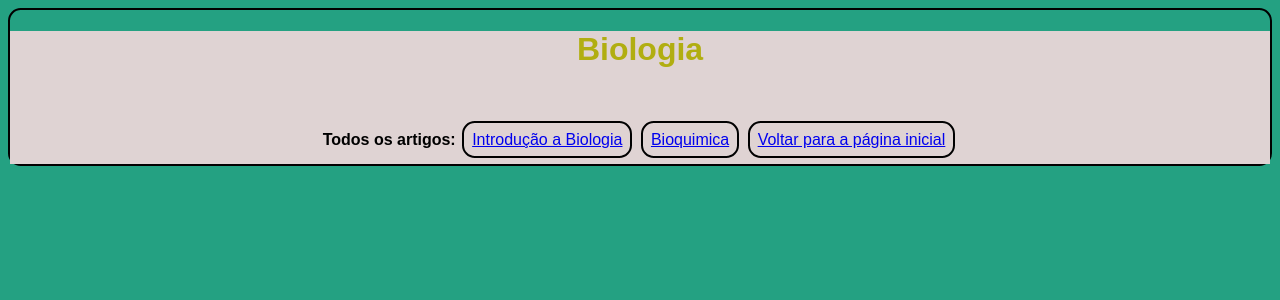
Repository: batmit/FutureFundation.github.io-1
Page: menu/articles/biologia/biologia.html
The author's editor kept a copy of each file at every save. The page is drawn from the files as they stood at one save, then again after the next save.
The browser window is 1280 px wide. The pictures show the whole page.

Above is the page before, as saved 2021-10-03 09:42:37.

### menu/articles/biologia/biologia.html
<!DOCTYPE html>
<html lang="pt-BR">
<head>
    <meta charset="UTF-8">
    <meta http-equiv="X-UA-Compatible" content="IE=edge">
    <meta name="viewport" content="width=device-width, initial-scale=1.0">
    <title>Biologia</title>
    <link rel="stylesheet" href="/menu/main.css">
</head>
<body>
    <div id="all">
        <header>
            <h1>Biologia</h1>
        </header>
        <strong>Todos os artigos: </strong>
        <a href="./introducao.html">Introdução a Biologia</a>
        <a href="./bioquimica.html">Bioquimica</a>

        <a href="/index.html">Voltar para a página inicial</a>
    </div>
</body>
</html>

### menu/main.css
body{

    text-align: center;

    border: black 2px solid;

    border-radius: 0.8rem;

    font-family: 'Ubuntu', arial;

    background-color: rgb(36, 161, 130);


}

#articles {
    gap: 3px;
}

#all{

    background-color: rgb(223, 211, 211);

}


#codigo{
    text-align:left;

}


img{
    text-align: center;
    justify-content: center;

}

p{
    font-size: 20px;
    font-family: 'Ubuntu', arial;
}

a{
    border: 2px solid black;

    border-radius: 0.8rem;

    box-sizing: border-box;

    padding: 0.5rem;

    line-height:3rem;

    margin: 2px;


}

a:hover{

    background-color:#F0FFFF;

}

h1{

    margin-bottom: 3rem;

    color: rgb(177, 174, 17);

}

audio {
    -webkit-transition:all 0.5s linear;
    -moz-transition:all 0.5s linear;
    -o-transition:all 0.5s linear;
    transition:all 0.5s linear;
    -moz-box-shadow: 2px 2px 4px 0px #006773;
    -webkit-box-shadow:  2px 2px 4px 0px #006773;
    box-shadow: 2px 2px 4px 0px #006773;
    -moz-border-radius:7px 7px 7px 7px ;
    -webkit-border-radius:7px 7px 7px 7px ;
    border-radius:7px 7px 7px 7px ;
}

audio:hover, audio:focus, audio:active {

-webkit-box-shadow: 15px 15px 20px rgba(0,0, 0, 0.4);
-moz-box-shadow: 15px 15px 20px rgba(0,0, 0, 0.4);
box-shadow: 15px 15px 20px rgba(0,0, 0, 0.4);
-webkit-transform: scale(1.05);
-moz-transform: scale(1.05);
transform: scale(1.05);

}



@media (max-width: 900px) {


    a{

        display: block;
        line-height: 0.5rem;
        padding: 1rem;

    }

    #img{
        text-align: right;
    }

}

@media (prefers-color-scheme: dark) {
    #all{

        background-color: rgb(90, 73, 73);

    }

    h1{
        color: white
    }

    p{
        color: white;
    }

    a{
        background-color: aqua;
    }

    h3{
        color: white;
    }

    strong {
        color: white;
    }


}

After the next save:
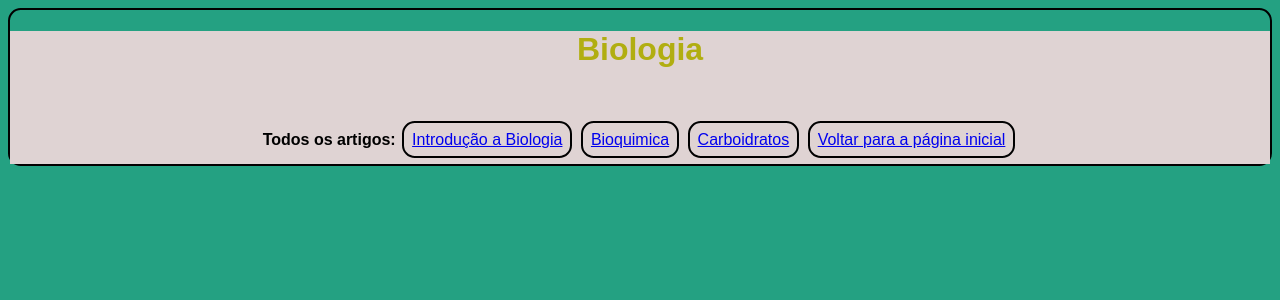
Saved 18 s later.
--- a/menu/articles/biologia/biologia.html
+++ b/menu/articles/biologia/biologia.html
@@ -15,6 +15,7 @@
         <strong>Todos os artigos: </strong>
         <a href="./introducao.html">Introdução a Biologia</a>
         <a href="./bioquimica.html">Bioquimica</a>
+        <a href="./carboidratos.html">Carboidratos</a>
 
         <a href="/index.html">Voltar para a página inicial</a>
     </div>
